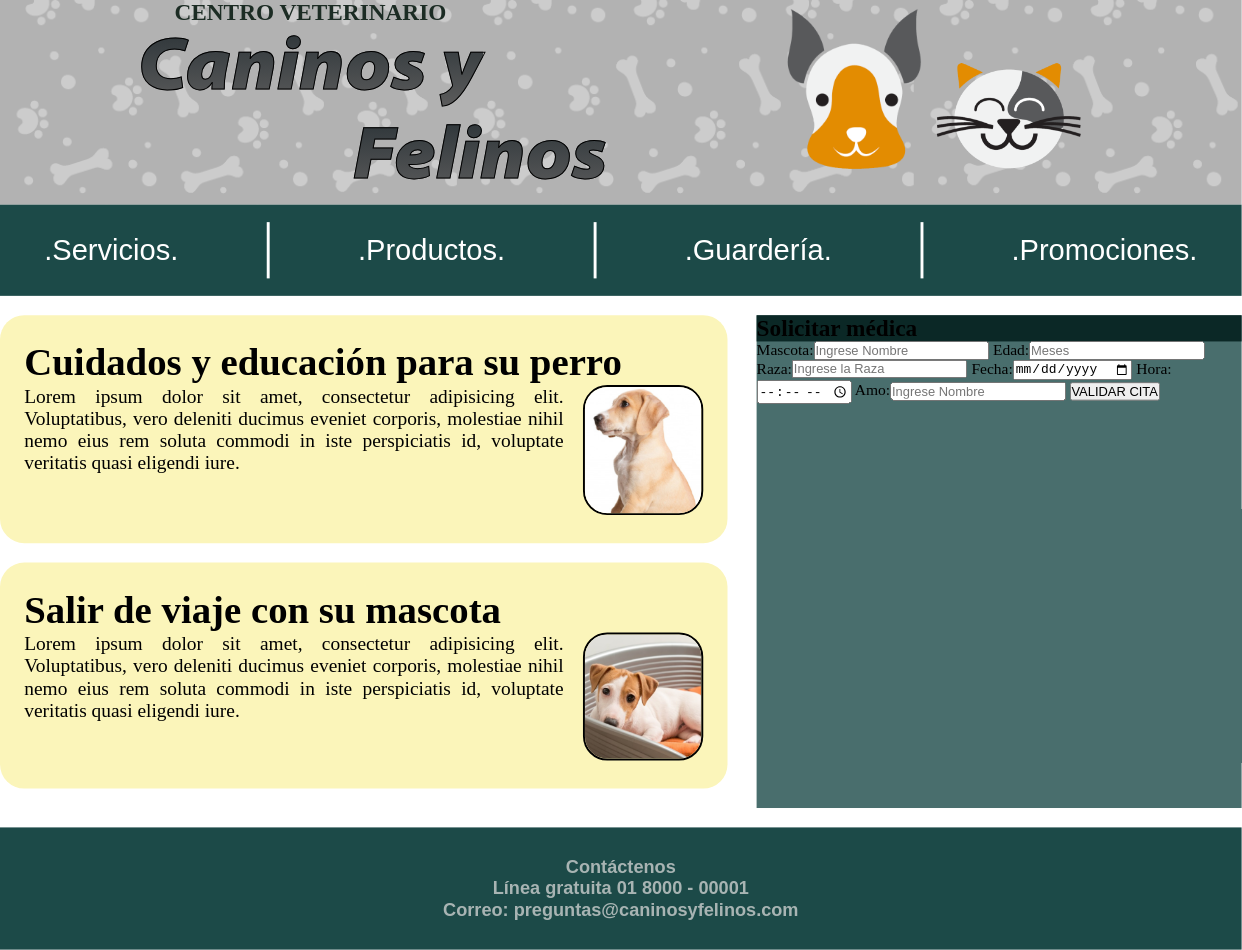
Repository: mariomr87/senaweb01
Page: principal.html
These files come from the project's save history. The page is drawn as it stood at one moment and after the next save; the edit follows.
The browser window is 1280 px wide. The pictures show the whole page, at 97% of full size.

Above is the page before, as saved 2021-10-23 10:37:49.

### principal.html
<!DOCTYPE html>
<html lang="en">
<head>
    <meta charset="UTF-8">
    <meta http-equiv="X-UA-Compatible" content="IE=edge">
    <meta name="viewport" content="width=device-width, initial-scale=1.0">
    <link rel="stylesheet" href="estilos.css">
    <title>Document</title>
</head>
<body>
    <div>
        <header>
            <div id="cabecera">
                <div class="header-text">
                    <h3>CENTRO VETERINARIO</h3>
                    <h1><span id="header-text-degrad">Caninos y <br><span id="text-felinos">Felinos</span></spa></h1>
                </div>
                <div class="header-img">
                    <img src="./imagenes/dog_white.png" alt="">
                    <img src="./imagenes/cat_white.png" alt="">
                </div>
            </div>
        </header>
        <nav>
            <td>
                <tr><a href="">.Servicios.</a><span class="linea"></span></tr>
                <tr><a href="">.Productos.</a><span class="linea"></span></tr>
                <tr><a href="">.Guardería.</a><span class="linea"></span></tr>
                <tr><a href="">.Promociones.</a></tr>
            </td>
        </nav>
        <div class="centro-pag">
            <section>
                <article>
                    <h2>Cuidados y educación para su perro</h2>
                    <div class="centropag-texto">
                        <p>Lorem ipsum dolor sit amet, consectetur adipisicing elit. Voluptatibus, vero deleniti ducimus eveniet corporis, molestiae nihil nemo eius rem soluta commodi in iste perspiciatis id, voluptate veritatis quasi eligendi iure.</p>
                        <div><img src="./imagenes/perro1.png" alt=""></div>
                    </div>
                </article>
                <article>
                    <h2>Salir de viaje con su mascota</h2>
                    <div class="centropag-texto">
                        <p>Lorem ipsum dolor sit amet, consectetur adipisicing elit. Voluptatibus, vero deleniti ducimus eveniet corporis, molestiae nihil nemo eius rem soluta commodi in iste perspiciatis id, voluptate veritatis quasi eligendi iure.</p>
                        <div><img src="./imagenes/perro2.png" alt=""></div>
                    </div>
                </article>
            </section>
            <aside>
                <form action="">
                    <div><h2>Solicitar médica</h2></div>
                    <div class="cuestionario">
                        <label for="mascota_name">Mascota:</label><input type="text" placeholder="Ingrese Nombre" id="">
                        <label for="age_pet">Edad:</label><input type="number" name="" id="" placeholder="Meses">
                        <label for="raza_pet">Raza:</label><input type="text" name="" id="" placeholder="Ingrese la Raza">
                        <label for="fecha_ingreso_pet">Fecha:</label><input type="date" name="" id="">
                        <label for="hora_ingreso_pet">Hora:</label><input type="time" name="" id="">
                        <label for="amo_pet">Amo:</label><input type="text" name="" id="" placeholder="Ingrese Nombre">
                        <button type="submit">VALIDAR CITA</button>
                    </div>
                </form>
            </aside>
        </div>
        <footer>
            <h3>Contáctenos</h3>
            <h3>Línea gratuita 01 8000 - 00001</h3>
            <h3>Correo: preguntas@caninosyfelinos.com</h3>
        </footer>
    </div>
</body>
</html>

### estilos.css
*{
    margin: 0px;
    padding: 0px;
}

@font-face {
    font-family: Myriad_Pro ;
    src: url(./extra/MyriadProBlackSemiExtendedItalic.otf);
}

h1{
    font-family: Myriad_pro;
}

header div img{
    width: 10em;
}

#cabecera{
    background-image: url("./imagenes/fondo.png");
    background-repeat: initial;
    width: 100%;
    display: flex;
    text-align: center;
}

.header-text,.header-img{
    width:50%;
}

.header-text h3{
    font-size: 1.5em;
    color:#1c2c24;
}

.header-text h1{
    font-size: 4.8em;
}

#header-text-degrad{
    background: linear-gradient(#30373b,#5c5c5c);
    -webkit-background-clip: text;
    -webkit-text-fill-color: transparent;
    -webkit-text-stroke: 1px black;
}

#text-felinos{
    margin-left: 350px;
}

nav{
    display: flex;
    flex-direction: row;
    justify-content: space-around;
    background: #1c4a48;
    margin-bottom: 20px;
}

nav a{
    color: #fff;
    text-decoration: none;
    font-size: 30px;
    font-family: Arial, Helvetica, sans-serif;
    padding: 30px 0;

}

.linea{
    border-right: 3px solid #fff;
    margin: 18px 0;
}

.centro-pag{
    display: flex;
}

.centropag-texto{
    display: flex;
}

section{
    width: 60%;
    margin-right: 30px;
}

article{
    background: #fbf5ba;
    margin-bottom: 20px;
    padding: 25px;
    border-radius: 25px;
}

article h2{
    font-size: 40px;
}

article p{
    font-size: 20px;
    text-align: justify;
    padding-right: 20px;
}

article div img {
    width: 120px;
    border: 2px solid black;
    border-radius: 25px;
}

form  div h2{
    background:#0b2826 ;
}

aside{
    background: #496e6d;
    width: 40%;
}

footer{
    text-align: center;
    background: #1c4a48;
    color: #a8b4b3;
    padding: 30px 0;
    font-family: Arial, Helvetica, sans-serif;
    margin-top: 20px;
}

After the next save:
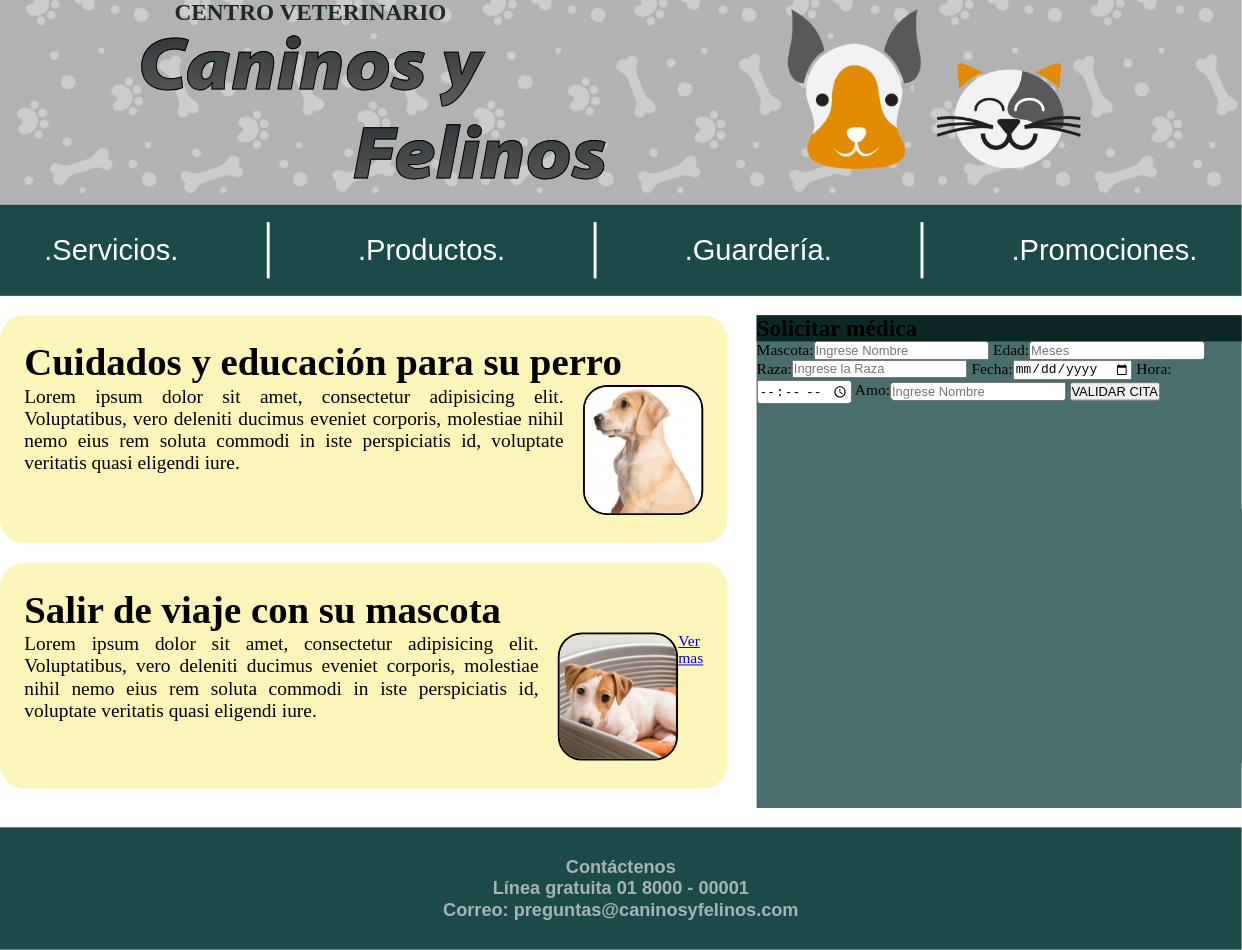
Saved 33 s later.
--- a/principal.html
+++ b/principal.html
@@ -43,6 +43,7 @@
                     <div class="centropag-texto">
                         <p>Lorem ipsum dolor sit amet, consectetur adipisicing elit. Voluptatibus, vero deleniti ducimus eveniet corporis, molestiae nihil nemo eius rem soluta commodi in iste perspiciatis id, voluptate veritatis quasi eligendi iure.</p>
                         <div><img src="./imagenes/perro2.png" alt=""></div>
+                        <a href="#">Ver mas</a>
                     </div>
                 </article>
             </section>
